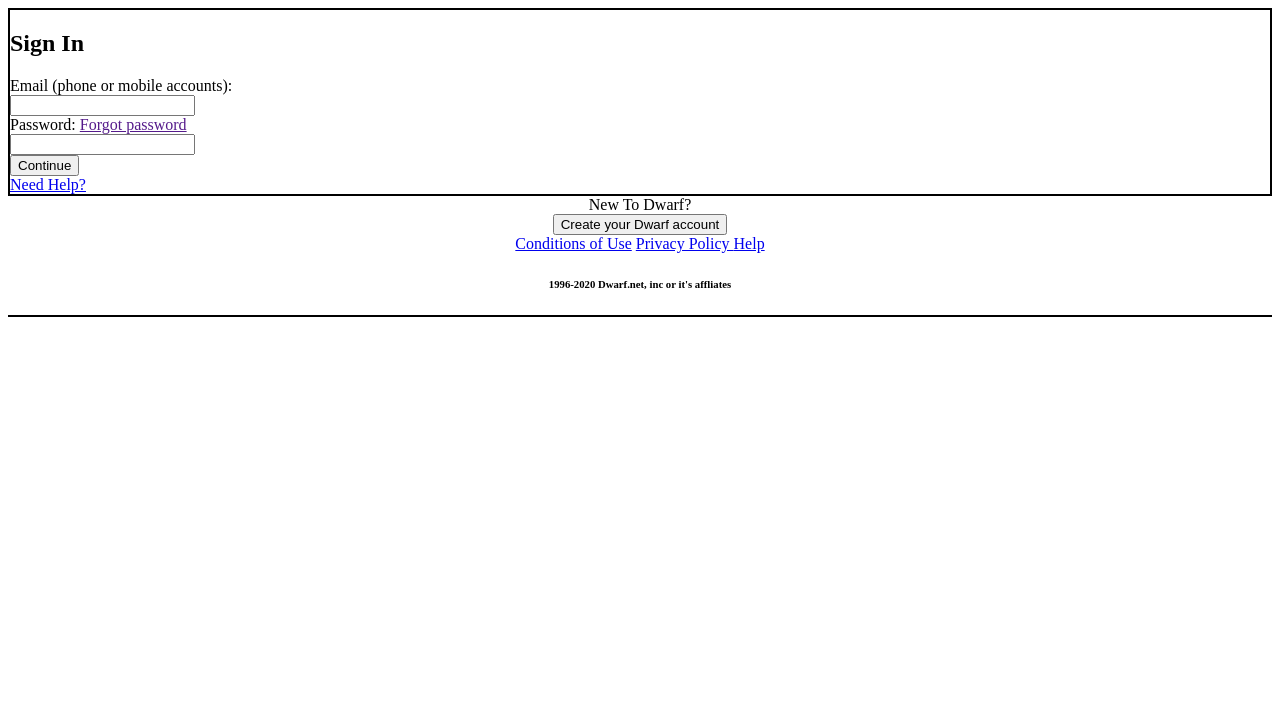
Repository: brittmarie333/replica
Page: index.html
An editor plug-in stored every save of this project. The page is shown before and after a run of saves, followed by the edit.
The browser window is 1280 px wide. The pictures show the whole page.

Above is the page before, as saved 2024-05-27 12:28:20.

### index.html
<!DOCTYPE html>
<html lang="en">
<head>
    <meta charset="UTF-8">
    <meta name="viewport" content="width=device-width, initial-scale=1.0">
    <link rel="stylesheet" href="index.css">
    <title>Log In</title>
</head>
<body>

    <form action="/data.php">
        <h2>Sign In</h2>
        <label for="username">Email (phone or mobile accounts):</label><br>
        <input type="text" id="fname" name="fname"><br>
        <label for="pword">Password: </label> <text align="right"><a href="">Forgot password</a></text><br>
        <input type="text" id="lname" name="lname" ><br>
        <button>Continue</button>
        <br>
        <a href="http">Need Help?</a>
      </form>




      New To Dwarf?
      <br>
      <button id="create">Create your Dwarf account</button>
      <br>
      <a href="http"> Conditions of Use</a>
      <a href="http"> Privacy Policy </a>
      <a href="http"> Help </a>
      <br>

      <h6> 1996-2020 Dwarf.net, inc or it's affliates</h6>


</body>
</html>

### index.css
h2  {
    text-align: left;
}

body {
    text-align: center;
    border-bottom: 2px solid black;
}
form{
    text-align: left;
    border: 2px solid;
    border color: light grey;
    margin: 100px , height: 50px, width: 50px;
}

After the next 5 saves:
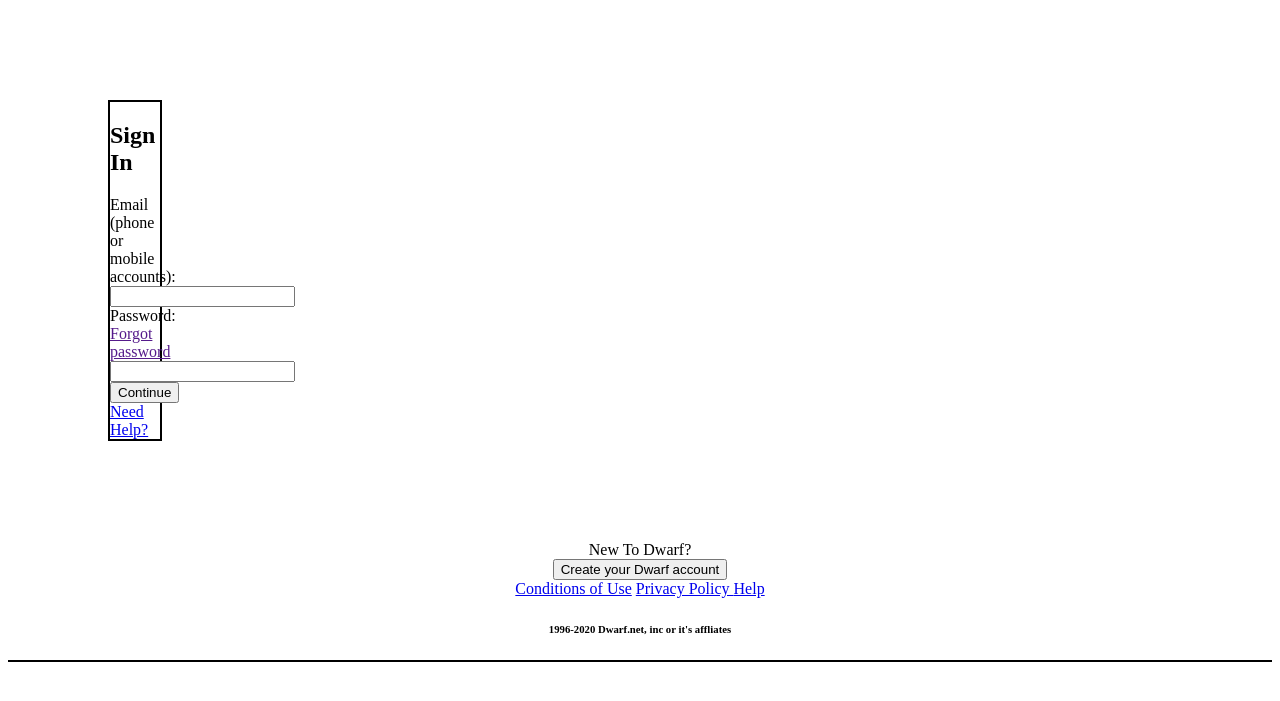
The 5 saves are shown as one change because they came seconds apart.
The last was saved 6 min 46 s later.
--- a/index.css
+++ b/index.css
@@ -10,5 +10,6 @@
     text-align: left;
     border: 2px solid;
     border color: light grey;
-    margin: 100px , height: 50px, width: 50px;
+    margin: 100px;
+    width: 50px;
 }
